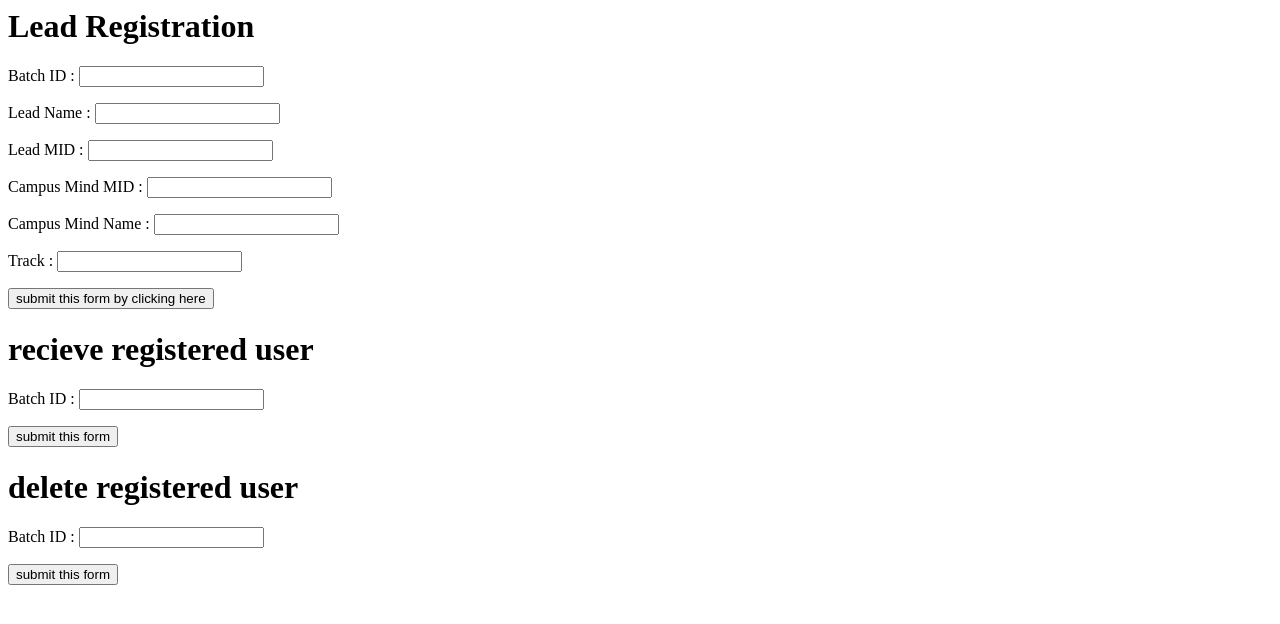
Repository: nikhilbalyan/EAI_BPM_ALL_Projects
Page: http://localhost/Spring_MVC_Hibernate/WEB-INF/pages/RegisterLead.jsp
The author's editor kept a copy of each file at every save. The page is drawn from the files as they stood at one save, then again after a run of saves.
The browser window is 1280 px wide. The pictures show the whole page.
The page is served by Tomcat 9. Nobody is signed in. The template is opened directly, without the code that normally fills it, so the values that code supplies are empty.

Above is the page before, as saved 2017-12-21 04:22:47.

After the next 2 saves:
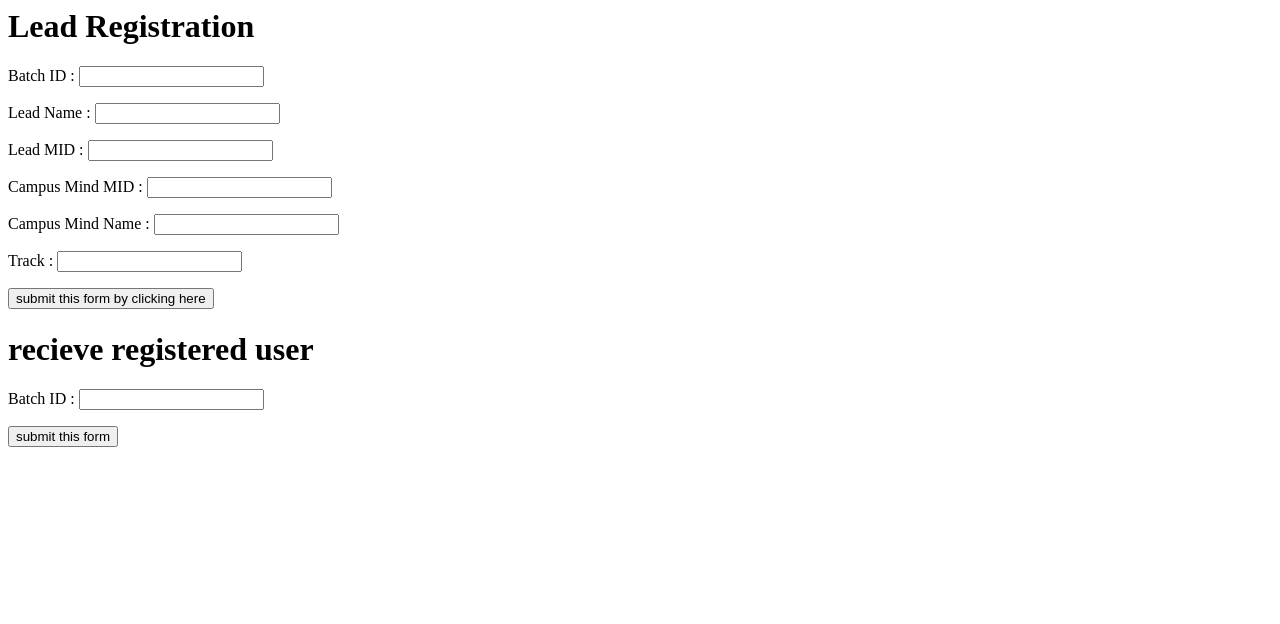
The 2 saves are shown as one change because they came seconds apart.
The last was saved 7 s later.
--- a/Spring_MVC_Hibernate/WebContent/WEB-INF/pages/RegisterLead.jsp
+++ b/Spring_MVC_Hibernate/WebContent/WEB-INF/pages/RegisterLead.jsp
@@ -40,7 +40,8 @@
 
 	<h1>recieve registered user</h1>
 	<!-- second form is here -->
-	<form action="/Spring_MVC_Hibernate/controller/fetchALLOnBatchId/{batchID}"
+	<form
+		action="/Spring_MVC_Hibernate/controller/fetchALLOnBatchId/{batchID}"
 		method="GET">
 		<p>
 			Batch ID : <input type="text" name="batchID" />
@@ -50,16 +51,6 @@
 	</form>
 
 
-	<h1>delete registered user</h1>
-	<!-- second form is here -->
-	<form action="/Spring_MVC_Hibernate/controller/deleteUserBatchId/{batchID}"
-		method="DELETE">
-		<p>
-			Batch ID : <input type="text" name="batchID" />
-		</p>
-
-		<input type="submit" value="submit this form" />
-	</form>
 
 
 
